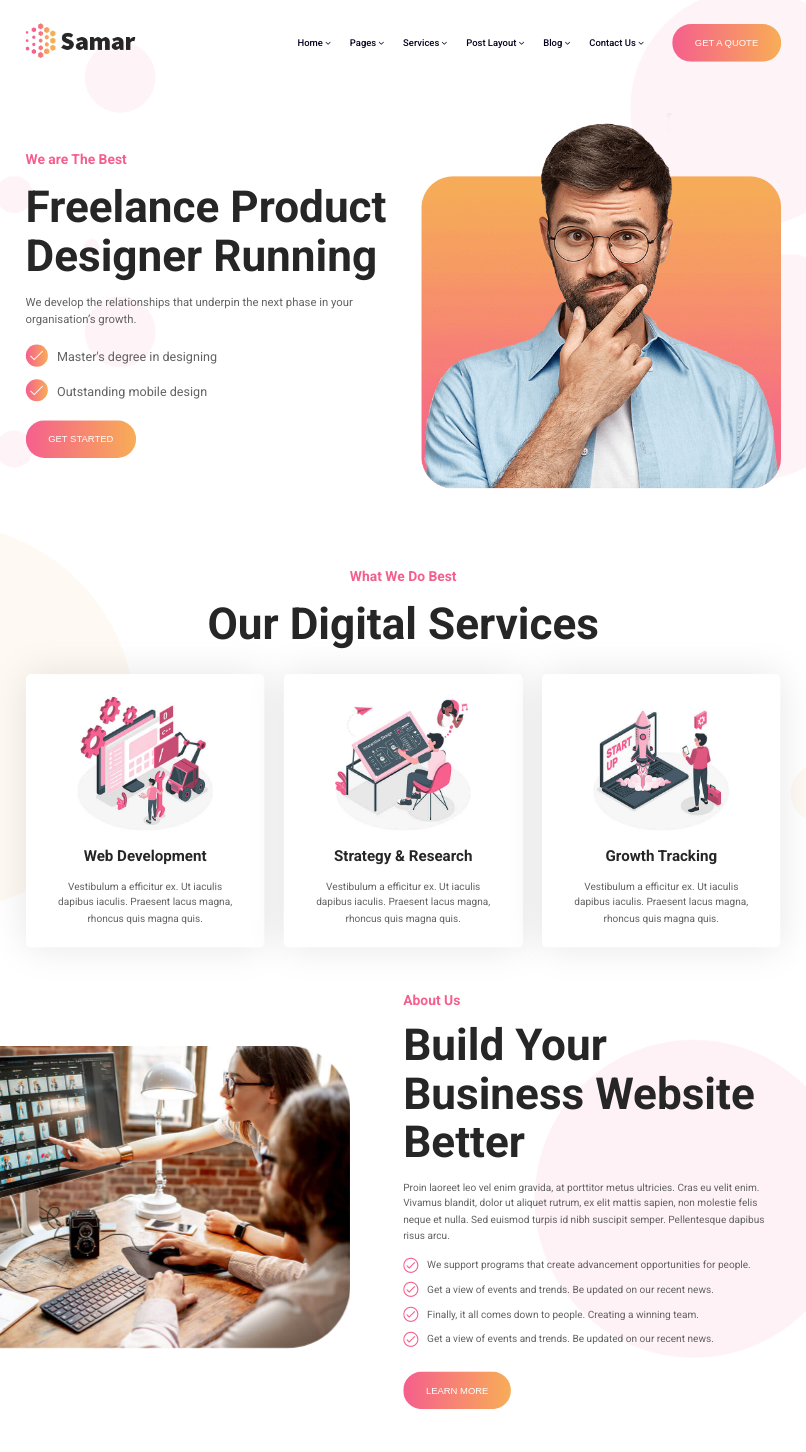
Repository: ducdatit2002/samar
Page: index.html
The author's editor kept a copy of each file at every save. The page is drawn from the files as they stood at one save, then again after the next save.
The browser window is 1280 px wide. The pictures show the whole page, at 63% of full size.

Above is the page before, as saved 2023-07-27 09:23:41.

After the next save:
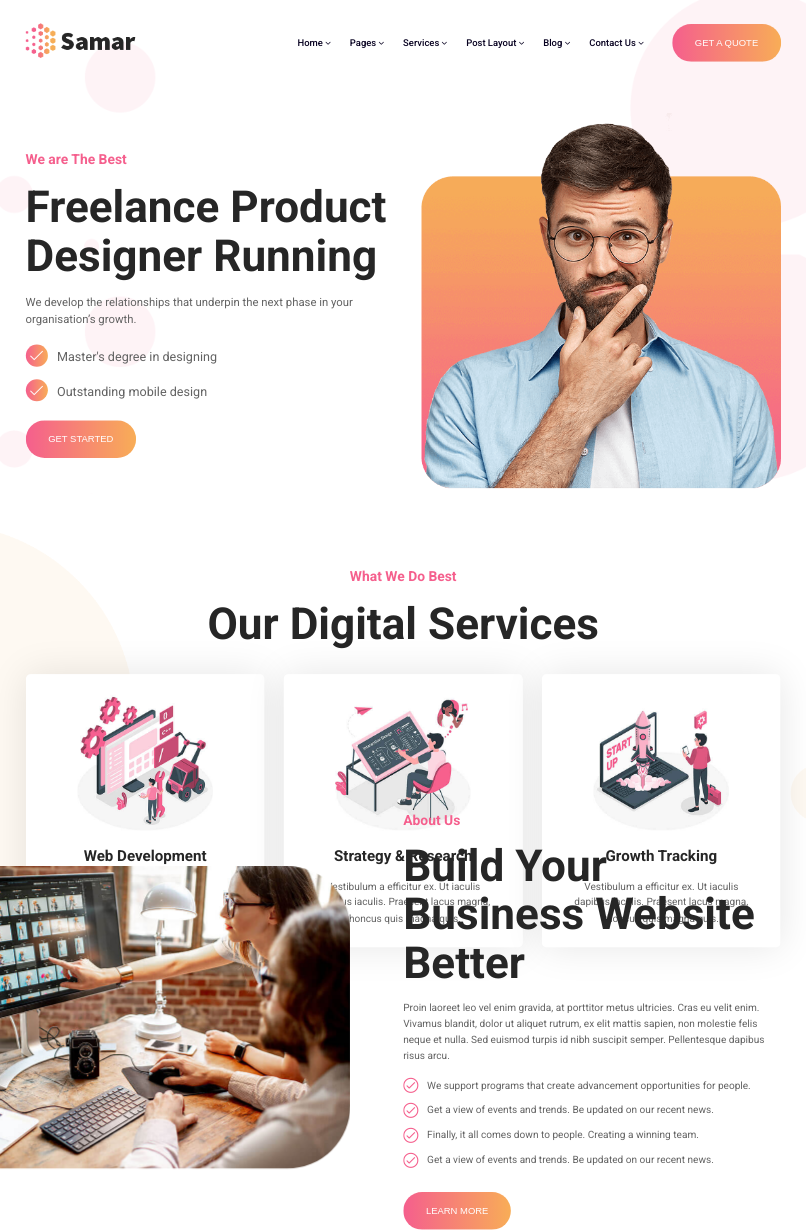
Saved 98 s later.
--- a/index.css
+++ b/index.css
@@ -186,7 +186,7 @@
     border-image: url(../img/br.png) 1 round;
 }
 /* ABOUT US */
-.aboutUs {
+aboutUs {
     background-image: url(../img/bg15.png);
     background-size: 100%;
     background-position: center right;

After the save that followed:
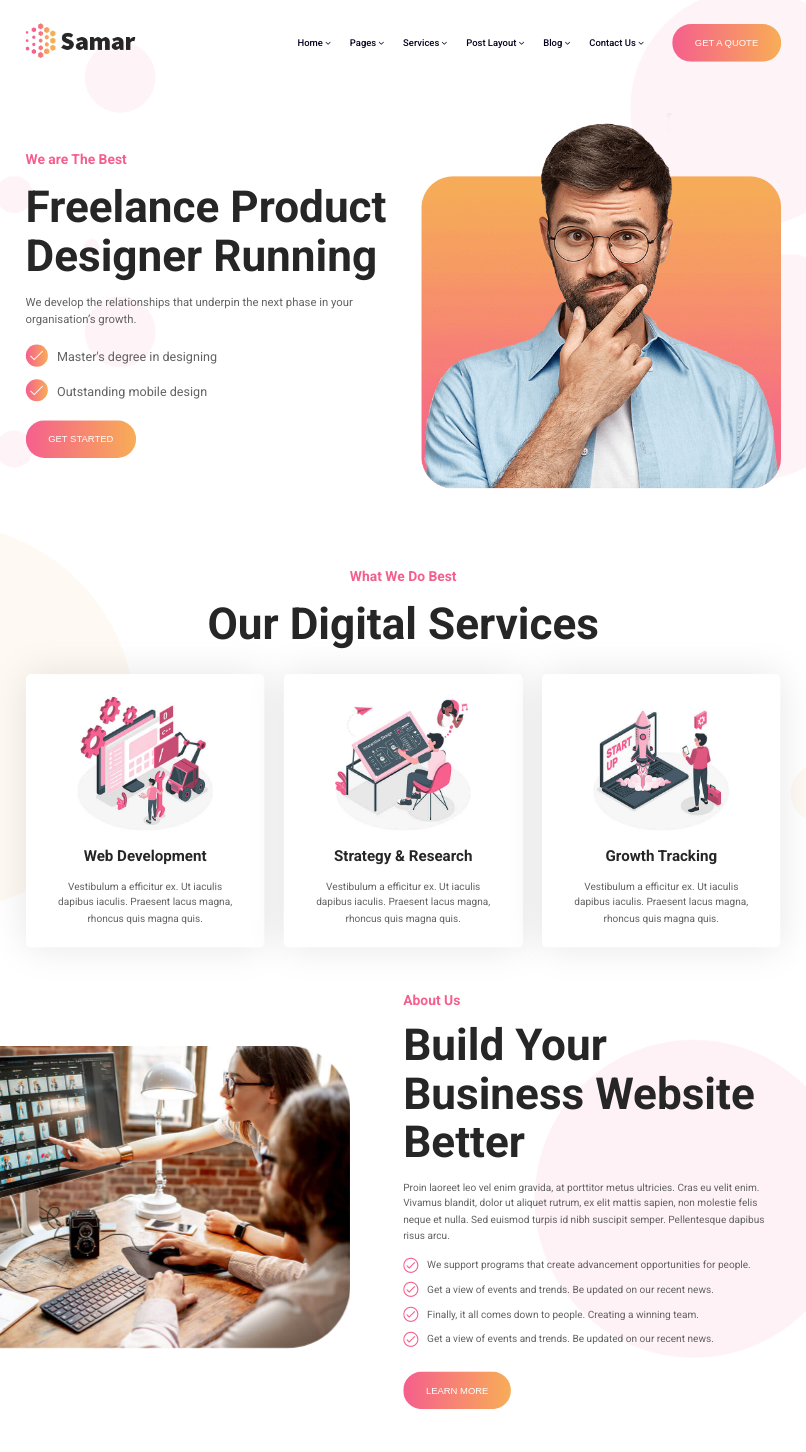
Saved 6 s later.
--- a/index.css
+++ b/index.css
@@ -186,7 +186,7 @@
     border-image: url(../img/br.png) 1 round;
 }
 /* ABOUT US */
-aboutUs {
+.aboutUs {
     background-image: url(../img/bg15.png);
     background-size: 100%;
     background-position: center right;
